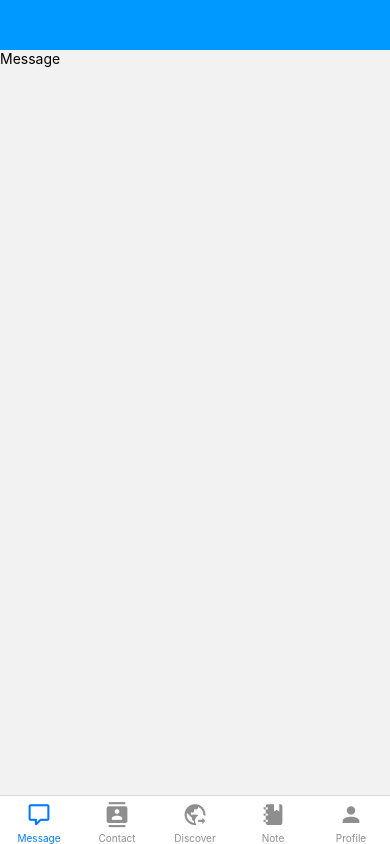
Repository: dinhtq-47/react-native
Screen: /
An editor plug-in stored every save of this project. The screen is shown before and after the next save, followed by the edit.
The app was drawn by React Native's web renderer in a window 390 px wide. The project was rebuilt for these pictures with package versions that can differ from the ones it lists, and the page was loaded fresh each time. Also part of the build but not shown: screens/Contact.js, screens/Discover.js, screens/Note.js, screens/Profile.js.

Above is the screen before, as saved 2022-02-16 18:27:10.

After the next save:
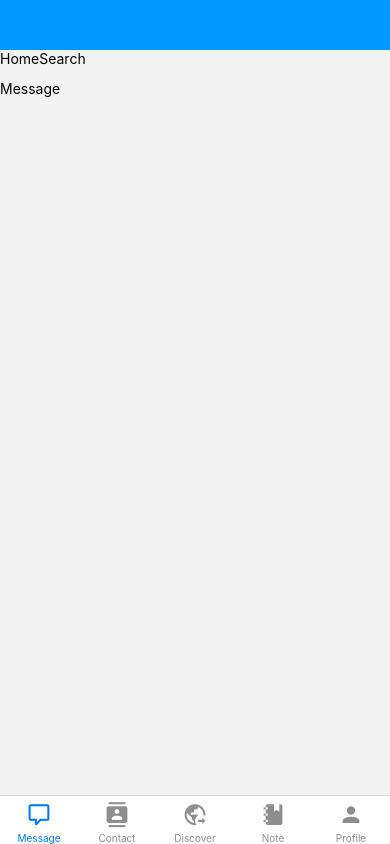
Saved 33 s later.
--- a/screens/Message.js
+++ b/screens/Message.js
@@ -1,5 +1,5 @@
 import { StyleSheet, View, StatusBar, Text, SafeAreaView } from "react-native";
-
+import HomeSearch from "../components/HomeSearch";
 const Message = () => {
   return (
     <View>
@@ -7,6 +7,7 @@ const Message = () => {
         <StatusBar barStyle="light-content" />
       </View>
       <SafeAreaView>
+        <HomeSearch></HomeSearch>
         <View style={styles.container}>
           <Text>Message</Text>
         </View>
